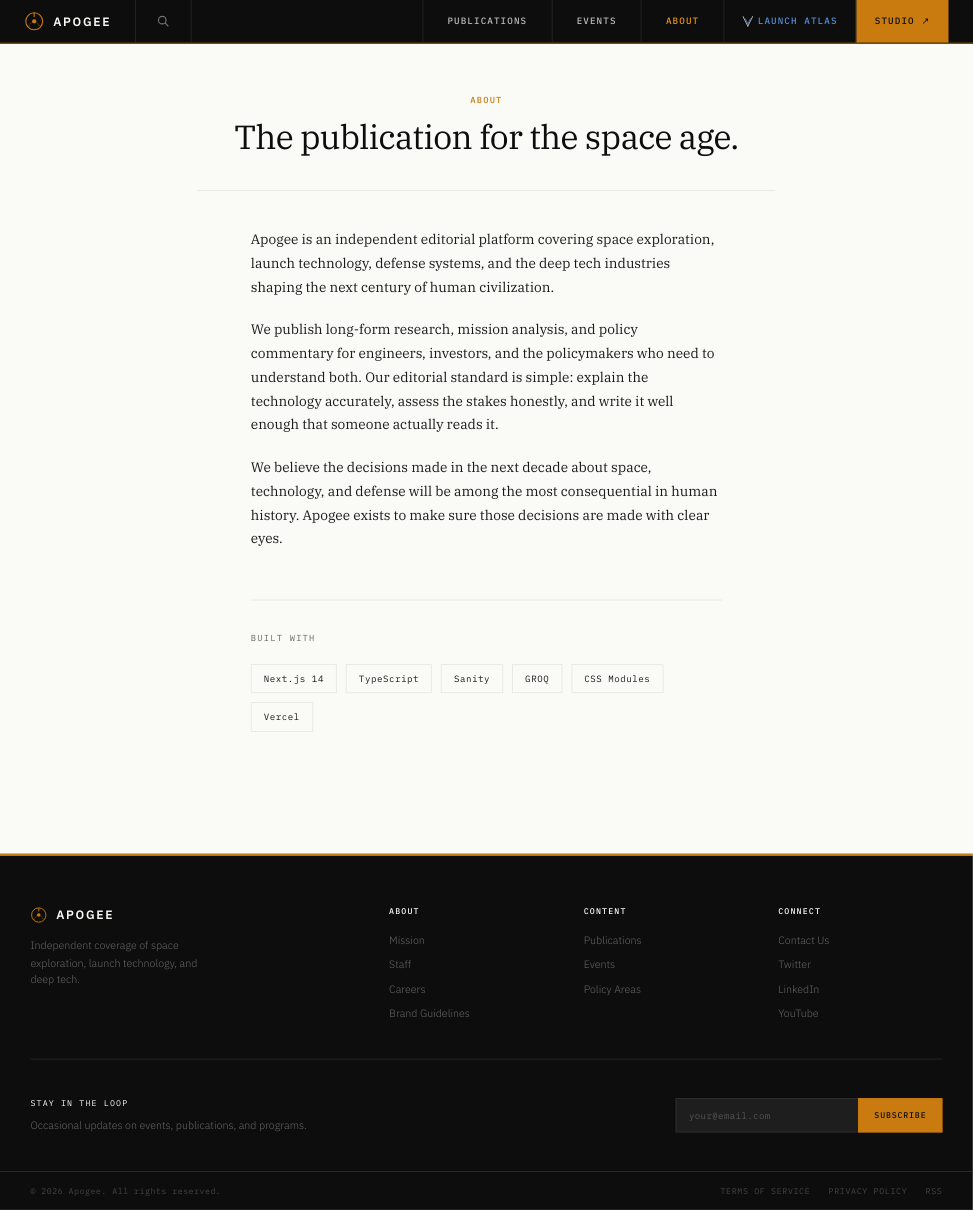
Repository: aricmoore/apogee
Page: /about
An editor plug-in stored every save of this project. The page is shown before and after the next save, followed by the edit.
The browser window is 1280 px wide. The pictures show the whole page, at 76% of full size.
The project was rebuilt for these pictures with package versions that can differ from the ones it lists, and the page was loaded fresh each time. The framework's server and built-in components were replaced by stand-ins that run in the browser. Also part of the build but not shown: next.config.ts.

Above is the page before, as saved 2026-04-13 18:52:10.

### src/app/layout.tsx
import type { Metadata } from 'next'
import '@/app/globals.css'
import Nav from '@/components/Nav'
import Footer from '@/components/Footer'

export const metadata: Metadata = {
  title: 'Apogee',
  description: 'Space & Deep Tech',
}

export default function RootLayout({ children }: { children: React.ReactNode }) {
  return (
    <html lang="en">
      <body>
        <Nav />
        <main>{children}</main>
        <Footer />
      </body>
    </html>
  )
}

### src/app/about/page.tsx
import styles from './page.module.css'

export default function AboutPage() {
  return (
    <div className={styles.page}>
      <div className="container">
        <div className={styles.header}>
          <span className={styles.label}>About</span>
          <h1 className={styles.title}>The publication for the space age.</h1>
        </div>
        <div className={styles.body}>
          <p>Apogee is an independent editorial platform covering space exploration, launch technology, defense systems, and the deep tech industries shaping the next century of human civilization.</p>
          <p>We publish long-form research, mission analysis, and policy commentary for engineers, investors, and the policymakers who need to understand both. Our editorial standard is simple: explain the technology accurately, assess the stakes honestly, and write it well enough that someone actually reads it.</p>
          <p>We believe the decisions made in the next decade about space, technology, and defense will be among the most consequential in human history. Apogee exists to make sure those decisions are made with clear eyes.</p>
        </div>
        <div className={styles.stack}>
          <span className={styles.stackLabel}>Built with</span>
          <div className={styles.stackGrid}>
            {['Next.js 14', 'TypeScript', 'Sanity', 'GROQ', 'CSS Modules', 'Vercel'].map(item => (
              <div key={item} className={styles.stackItem}>{item}</div>
            ))}
          </div>
        </div>
      </div>
    </div>
  )
}

### src/app/globals.css
@import url('https://fonts.googleapis.com/css2?family=Bebas+Neue&family=IBM+Plex+Serif:ital,wght@0,400;0,500;1,400&family=IBM+Plex+Mono:wght@400;500&family=IBM+Plex+Sans:wght@300;400;500;600&display=swap');

:root {
  --amber:       #C97B10;
  --amber-light: #E8960A;
  --amber-dim:   #7A4A05;
  --black:       #0D0D0D;
  --white:       #FAFAF7;
  --stone:       #C8C8C4;
  --ink:         #1A1A1A;
  --muted:       #6A6A66;
  --faint:       #E4E4E0;
  --bg:          #FAFAF7;
  --accent:      #C97B10;

  --font-display: 'Bebas Neue', 'Arial Narrow', sans-serif;
  --font-serif:   'IBM Plex Serif', Georgia, serif;
  --font-mono:    'IBM Plex Mono', 'Courier New', monospace;
  --font-sans:    'IBM Plex Sans', system-ui, sans-serif;

  --text-xs:   0.75rem;
  --text-sm:   0.875rem;
  --text-base: 1rem;
  --text-lg:   1.125rem;
  --text-xl:   1.25rem;
  --text-2xl:  1.5rem;
  --text-3xl:  2rem;
  --text-4xl:  2.75rem;
  --text-5xl:  3.5rem;
  --text-6xl:  5rem;
  --text-7xl:  7rem;

  --space-1:  0.25rem;
  --space-2:  0.5rem;
  --space-3:  0.75rem;
  --space-4:  1rem;
  --space-5:  1.25rem;
  --space-6:  1.5rem;
  --space-8:  2rem;
  --space-10: 2.5rem;
  --space-12: 3rem;
  --space-16: 4rem;
  --space-20: 5rem;
  --space-24: 6rem;

  --max-w:         1280px;
  --leading-tight: 1.0;
  --leading-snug:  1.25;
  --leading-body:  1.72;
  --measure:       66ch;
  --ease:          cubic-bezier(0.16, 1, 0.3, 1);
}

*, *::before, *::after { box-sizing: border-box; margin: 0; padding: 0; }

html { font-size: 16px; -webkit-font-smoothing: antialiased; -moz-osx-font-smoothing: grayscale; }

body {
  background: var(--bg);
  color: var(--ink);
  font-family: var(--font-sans);
  font-size: var(--text-base);
  line-height: var(--leading-body);
  font-weight: 400;
}

a { color: inherit; text-decoration: none; }
img { display: block; max-width: 100%; }
button { cursor: pointer; border: none; background: none; font: inherit; }

.container {
  width: 100%;
  max-width: var(--max-w);
  margin: 0 auto;
  padding: 0 var(--space-10);
}

.label {
  font-family: var(--font-mono);
  font-size: 0.72rem;
  font-weight: 500;
  letter-spacing: 0.12em;
  text-transform: uppercase;
  color: var(--muted);
}

.rule        { border: none; border-top: 1px solid var(--faint); }
.rule--heavy { border-top: 2px solid var(--black); }

### src/components/Footer.tsx
import Link from 'next/link'
import styles from './Footer.module.css'

function ApogeeIcon() {
  return (
    <svg width="22" height="22" viewBox="0 0 28 28" fill="none" xmlns="http://www.w3.org/2000/svg" aria-hidden="true">
      <circle cx="14" cy="14" r="12" stroke="#C97B10" strokeWidth="1.5" fill="none"/>
      <circle cx="14" cy="14" r="3" fill="#C97B10"/>
      <line x1="14" y1="2" x2="14" y2="8" stroke="#C97B10" strokeWidth="1.5"/>
      <path d="M 6 22 Q 14 6 22 22" stroke="#C97B10" strokeWidth="1" fill="none" strokeDasharray="2 2"/>
    </svg>
  )
}

export default function Footer() {
  return (
    <footer className={styles.footer}>
      <div className={styles.top}>
        <div className="container">
          <div className={styles.grid}>
            <div className={styles.brand}>
              <div className={styles.wordmarkWrap}>
                <ApogeeIcon />
                <span className={styles.wordmark}>Apogee</span>
              </div>
              <p className={styles.tagline}>Independent coverage of space exploration, launch technology, and deep tech.</p>
            </div>
            <div className={styles.col}>
              <span className={styles.colLabel}>About</span>
              <Link href="/about" className={styles.colLink}>Mission</Link>
              <Link href="/about" className={styles.colLink}>Staff</Link>
              <Link href="/about" className={styles.colLink}>Careers</Link>
              <Link href="/about" className={styles.colLink}>Brand Guidelines</Link>
            </div>
            <div className={styles.col}>
              <span className={styles.colLabel}>Content</span>
              <Link href="/" className={styles.colLink}>Publications</Link>
              <Link href="/events" className={styles.colLink}>Events</Link>
              <Link href="/" className={styles.colLink}>Policy Areas</Link>
            </div>
            <div className={styles.col}>
              <span className={styles.colLabel}>Connect</span>
              <Link href="/" className={styles.colLink}>Contact Us</Link>
              <Link href="/" className={styles.colLink}>Twitter</Link>
              <Link href="/" className={styles.colLink}>LinkedIn</Link>
              <Link href="/" className={styles.colLink}>YouTube</Link>
            </div>
          </div>

          <div className={styles.subscribe}>
            <span className={styles.subscribeLabel}>Stay in the loop</span>
            <p className={styles.subscribeSub}>Occasional updates on events, publications, and programs.</p>
            <div className={styles.subscribeForm}>
              <input
                type="email"
                placeholder="your@email.com"
                className={styles.input}
                aria-label="Email address"
              />
              <button className={styles.subscribeBtn}>Subscribe</button>
            </div>
          </div>
        </div>
      </div>

      <div className={styles.bottom}>
        <div className="container">
          <div className={styles.bottomInner}>
            <span className={styles.copy}>© 2026 Apogee. All rights reserved.</span>
            <div className={styles.bottomLinks}>
              <Link href="/" className={styles.bottomLink}>Terms of Service</Link>
              <Link href="/" className={styles.bottomLink}>Privacy Policy</Link>
              <Link href="/" className={styles.bottomLink}>RSS</Link>
            </div>
          </div>
        </div>
      </div>
    </footer>
  )
}

### src/app/about/page.module.css
.page {
  padding: var(--space-16) 0 var(--space-24);
}

.header {
  max-width: 760px;
  margin: 0 auto var(--space-12);
  text-align: center;
  padding-bottom: var(--space-12);
  border-bottom: 1px solid var(--faint);
}

.label {
  font-family: var(--font-mono);
  font-size: 0.72rem;
  font-weight: 500;
  letter-spacing: 0.14em;
  text-transform: uppercase;
  color: var(--amber);
  display: block;
  margin-bottom: var(--space-4);
}

.title {
  font-family: var(--font-serif);
  font-size: var(--text-4xl);
  font-weight: 400;
  line-height: var(--leading-tight);
  letter-spacing: -0.02em;
  color: var(--black);
}

.body {
  max-width: 620px;
  margin: 0 auto var(--space-16);
  font-family: var(--font-serif);
  font-size: var(--text-lg);
  line-height: 1.75;
  color: var(--ink);
}

.body p {
  margin-bottom: var(--space-6);
}

.stack {
  max-width: 620px;
  margin: 0 auto;
  padding-top: var(--space-10);
  border-top: 1px solid var(--faint);
}

.stackLabel {
  font-family: var(--font-mono);
  font-size: 0.72rem;
  letter-spacing: 0.14em;
  text-transform: uppercase;
  color: var(--muted);
  display: block;
  margin-bottom: var(--space-6);
}

.stackGrid {
  display: flex;
  flex-wrap: wrap;
  gap: var(--space-3);
}

.stackItem {
  font-family: var(--font-mono);
  font-size: 0.75rem;
  letter-spacing: 0.06em;
  color: var(--ink);
  border: 1px solid var(--faint);
  padding: var(--space-2) var(--space-4);
  transition: border-color 0.15s, color 0.15s;
}

.stackItem:hover {
  border-color: var(--amber);
  color: var(--amber);
}

### src/components/Nav.module.css
.header {
  position: sticky;
  top: 0;
  z-index: 100;
  background: var(--black);
  border-bottom: 2px solid var(--amber-dim);
}

.inner {
  display: flex;
  align-items: stretch;
  justify-content: space-between;
  min-height: 56px;
  max-width: var(--max-w);
  margin: 0 auto;
  padding: 0 var(--space-8);
}

.wordmark {
  display: flex;
  align-items: center;
  gap: var(--space-3);
  padding-right: var(--space-8);
  border-right: 1px solid #2a2a2a;
  transition: opacity 0.15s;
  white-space: nowrap;
  flex-shrink: 0;
}

.wordmark:hover { opacity: 0.8; }

.wordmarkText {
  font-family: var(--font-sans);
  font-size: 1rem;
  font-weight: 600;
  letter-spacing: 0.14em;
  text-transform: uppercase;
  color: var(--white);
  line-height: 1;
}

.searchWrap {
  display: flex;
  align-items: center;
  padding: 0 var(--space-5);
  border-right: 1px solid #2a2a2a;
  flex-shrink: 0;
}

.searchBtn {
  display: flex;
  align-items: center;
  justify-content: center;
  background: none;
  border: none;
  cursor: pointer;
  padding: var(--space-2);
  opacity: 0.6;
  transition: opacity 0.15s;
}

.searchBtn:hover { opacity: 1; }

.searchForm {
  display: flex;
  align-items: center;
  gap: var(--space-2);
}

.searchInput {
  font-family: var(--font-mono);
  font-size: 0.76rem;
  letter-spacing: 0.08em;
  background: #1a1a1a;
  border: 1px solid #333;
  color: var(--white);
  padding: var(--space-2) var(--space-3);
  width: 200px;
  outline: none;
  transition: border-color 0.15s;
}

.searchInput::placeholder { color: #555; }
.searchInput:focus { border-color: var(--amber); }

.searchClose {
  font-family: var(--font-mono);
  font-size: 0.72rem;
  color: #666;
  background: none;
  border: none;
  cursor: pointer;
  padding: var(--space-1);
  transition: color 0.15s;
}

.searchClose:hover { color: var(--white); }

.links {
  display: flex;
  align-items: stretch;
  flex: 1;
  justify-content: flex-end;
}

.link {
  display: flex;
  align-items: center;
  font-family: var(--font-mono);
  font-size: 0.76rem;
  font-weight: 500;
  letter-spacing: 0.12em;
  text-transform: uppercase;
  color: #BBBBBB;
  padding: 0 var(--space-8);
  border-left: 1px solid #2a2a2a;
  transition: color 0.15s;
  white-space: nowrap;
}

.link:hover { color: var(--amber-light); }

.linkActive {
  color: var(--amber-light) !important;
}

.studio {
  display: flex;
  align-items: center;
  font-family: var(--font-mono);
  font-size: 0.76rem;
  font-weight: 500;
  letter-spacing: 0.12em;
  text-transform: uppercase;
  color: var(--black);
  background: var(--amber);
  padding: 0 var(--space-6);
  border-left: 1px solid #2a2a2a;
  transition: background 0.15s;
  white-space: nowrap;
}

.studio:hover { background: var(--amber-light); }

.burger {
  display: none;
  flex-direction: column;
  justify-content: center;
  gap: 5px;
  padding: 0 var(--space-4);
  background: none;
  border: none;
  border-left: 1px solid #2a2a2a;
  cursor: pointer;
  width: 52px;
  flex-shrink: 0;
}

.burgerLine {
  display: block;
  width: 20px;
  height: 1.5px;
  background: #BBBBBB;
  transition: transform 0.2s, opacity 0.2s;
  transform-origin: center;
}

.burgerTop  { transform: translateY(6.5px) rotate(45deg); }
.burgerMid  { opacity: 0; }
.burgerBot  { transform: translateY(-6.5px) rotate(-45deg); }

.overlay {
  position: fixed;
  top: 56px;
  left: 0;
  right: 0;
  bottom: 0;
  background: var(--black);
  z-index: 99;
  display: flex;
  flex-direction: column;
  padding: var(--space-8);
  border-top: 1px solid #1e1e1e;
  overflow-y: auto;
}

.overlayLinks {
  display: flex;
  flex-direction: column;
}

.overlayLink {
  font-family: var(--font-display);
  font-size: 3rem;
  letter-spacing: 0.06em;
  color: var(--white);
  padding: var(--space-5) 0;
  border-bottom: 1px solid #1e1e1e;
  transition: color 0.15s;
}

.overlayLink:hover { color: var(--amber); }

.overlayLinkAtlas {
  display: flex;
  align-items: center;
  gap: 12px;
  font-family: var(--font-display);
  font-size: 3rem;
  letter-spacing: 0.06em;
  color: #60a5fa;
  padding: var(--space-5) 0;
  border-bottom: 1px solid #1e1e1e;
  transition: color 0.15s;
  text-decoration: none;
}
.overlayLinkAtlas:hover { color: #93c5fd; }

/* Launch Atlas desktop nav link — matches .link height and border pattern */
.launchAtlasLink {
  display: flex;
  align-items: center;
  gap: 6px;
  font-family: var(--font-mono);
  font-size: 0.76rem;
  font-weight: 500;
  letter-spacing: 0.12em;
  text-transform: uppercase;
  color: #60a5fa;
  text-decoration: none;
  opacity: 0.85;
  transition: opacity 0.15s;
  white-space: nowrap;
  padding: 0 var(--space-6);
  border-left: 1px solid #2a2a2a;
}
.launchAtlasLink:hover { opacity: 1; }

@media (max-width: 768px) {
  .links { display: none; }
  .burger { display: flex; }
  .inner { padding: 0 var(--space-5); }
  .searchWrap { padding: 0 var(--space-3); }
}

@media (max-width: 400px) {
  .wordmarkText { display: none; }
  .wordmark { padding-right: var(--space-4); }
}

### src/components/Footer.module.css
.footer {
  border-top: 3px solid var(--amber);
  margin-top: var(--space-16);
}

.top {
  background: var(--black);
  padding: var(--space-16) 0 var(--space-12);
}

.grid {
  display: grid;
  grid-template-columns: 2fr 1fr 1fr 1fr;
  gap: var(--space-10);
  margin-bottom: var(--space-12);
  padding-bottom: var(--space-12);
  border-bottom: 1px solid #2a2a2a;
}

.brand {}

.wordmarkWrap {
  display: flex;
  align-items: center;
  gap: var(--space-3);
  margin-bottom: var(--space-4);
}

.wordmark {
  font-family: var(--font-sans);
  font-size: 1rem;
  font-weight: 600;
  letter-spacing: 0.14em;
  text-transform: uppercase;
  color: var(--white);
}

.tagline {
  font-family: var(--font-sans);
  font-size: var(--text-sm);
  font-weight: 300;
  line-height: 1.6;
  color: #666;
  max-width: 28ch;
}

.col {
  display: flex;
  flex-direction: column;
  gap: var(--space-2);
}

.colLabel {
  font-family: var(--font-mono);
  font-size: 0.68rem;
  font-weight: 500;
  letter-spacing: 0.14em;
  text-transform: uppercase;
  color: var(--white);
  margin-bottom: var(--space-2);
}

.colLink {
  font-family: var(--font-sans);
  font-size: var(--text-sm);
  font-weight: 300;
  color: #666;
  transition: color 0.15s;
}

.colLink:hover { color: var(--amber); }

.subscribe {
  display: grid;
  grid-template-columns: 1fr auto;
  grid-template-rows: auto auto;
  gap: var(--space-2) var(--space-8);
  align-items: center;
}

.subscribeLabel {
  font-family: var(--font-mono);
  font-size: 0.68rem;
  letter-spacing: 0.14em;
  text-transform: uppercase;
  color: var(--white);
  grid-column: 1;
}

.subscribeSub {
  font-family: var(--font-sans);
  font-size: var(--text-sm);
  font-weight: 300;
  color: #666;
  grid-column: 1;
}

.subscribeForm {
  display: flex;
  grid-column: 2;
  grid-row: 1 / 3;
  align-self: center;
}

.input {
  font-family: var(--font-mono);
  font-size: 0.75rem;
  letter-spacing: 0.04em;
  background: #1e1e1e;
  border: 1px solid #333;
  border-right: none;
  color: var(--white);
  padding: var(--space-3) var(--space-4);
  width: 240px;
  outline: none;
  transition: border-color 0.15s;
}

.input::placeholder { color: #555; }
.input:focus { border-color: var(--amber); }

.subscribeBtn {
  font-family: var(--font-mono);
  font-size: 0.68rem;
  font-weight: 500;
  letter-spacing: 0.1em;
  text-transform: uppercase;
  color: var(--black);
  background: var(--amber);
  border: 1px solid var(--amber);
  padding: var(--space-3) var(--space-5);
  cursor: pointer;
  transition: background 0.15s;
  white-space: nowrap;
}

.subscribeBtn:hover { background: var(--amber-light); border-color: var(--amber-light); }

.bottom {
  background: var(--black);
  border-top: 1px solid #2a2a2a;
  padding: var(--space-4) 0;
}

.bottomInner {
  display: flex;
  justify-content: space-between;
  align-items: center;
}

.copy {
  font-family: var(--font-mono);
  font-size: 0.68rem;
  letter-spacing: 0.06em;
  color: #444;
}

.bottomLinks {
  display: flex;
  gap: var(--space-6);
}

.bottomLink {
  font-family: var(--font-mono);
  font-size: 0.68rem;
  letter-spacing: 0.08em;
  text-transform: uppercase;
  color: #444;
  transition: color 0.15s;
}

.bottomLink:hover { color: var(--amber); }

@media (max-width: 900px) {
  .grid { grid-template-columns: 1fr 1fr; }
  .subscribe { grid-template-columns: 1fr; }
  .subscribeForm { grid-column: 1; grid-row: auto; }
  .input { width: 100%; }
}

@media (max-width: 500px) {
  .grid { grid-template-columns: 1fr; }
  .bottomInner { flex-direction: column; gap: var(--space-3); align-items: flex-start; }
}

Loaded but not shown: src/components/Nav.tsx (175 lines, source omitted)

After the next save:
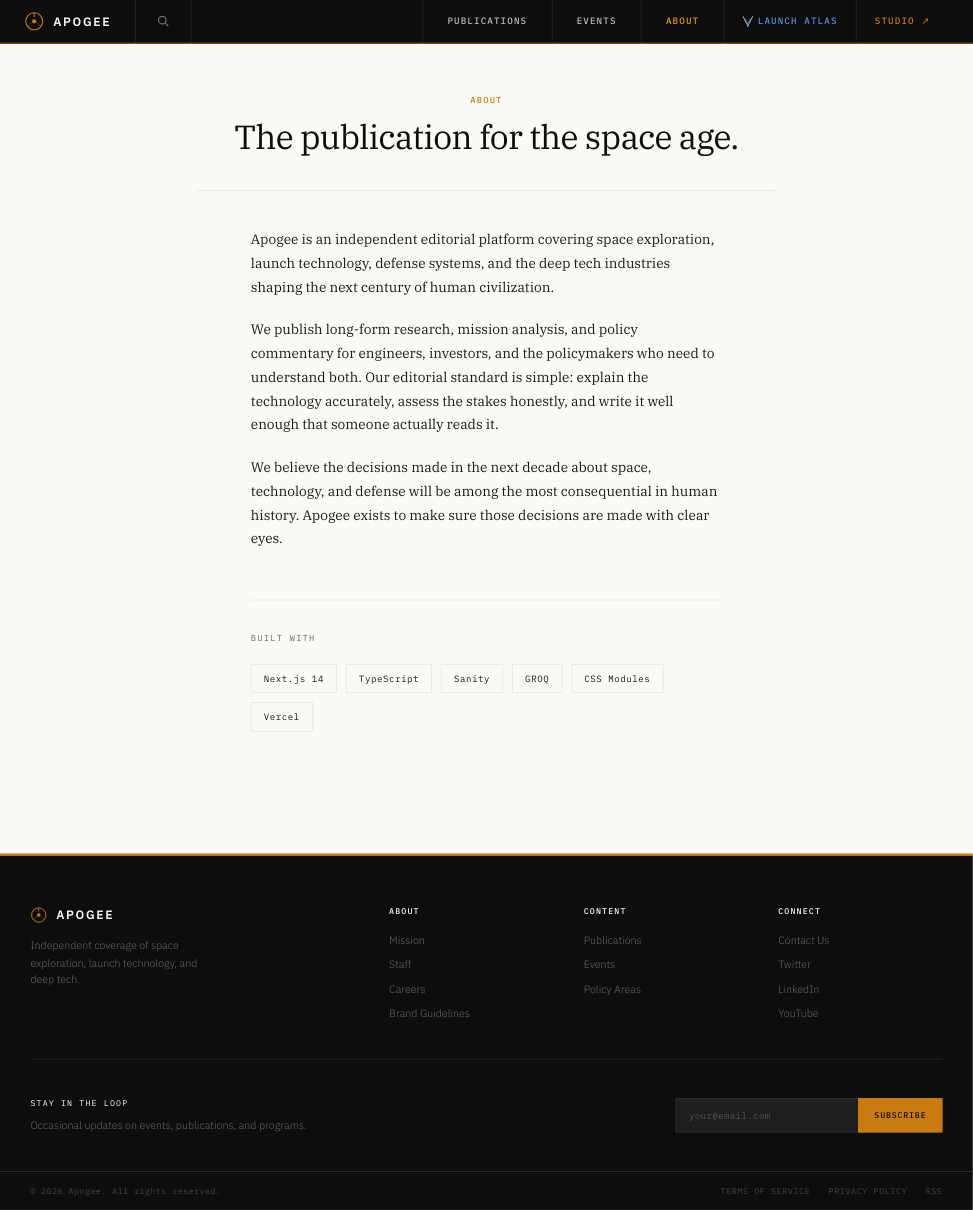
Saved 4 min 5 s later.
--- a/src/components/Nav.module.css
+++ b/src/components/Nav.module.css
@@ -132,15 +132,14 @@
   font-weight: 500;
   letter-spacing: 0.12em;
   text-transform: uppercase;
-  color: var(--black);
-  background: var(--amber);
+  color: var(--amber);
+  background: transparent;
   padding: 0 var(--space-6);
   border-left: 1px solid #2a2a2a;
-  transition: background 0.15s;
-  white-space: nowrap;
-}
-
-.studio:hover { background: var(--amber-light); }
+  transition: color 0.15s;
+  white-space: nowrap;
+}
+.studio:hover { color: var(--amber-light); }
 
 .burger {
   display: none;
@@ -216,6 +215,12 @@
 }
 .overlayLinkAtlas:hover { color: #93c5fd; }
 
+/* Scale the SVG icon inside the overlay link to match the 3rem text */
+.overlayLinkAtlas svg {
+  width: 2rem;
+  height: 2.4rem;
+}
+
 /* Launch Atlas desktop nav link — matches .link height and border pattern */
 .launchAtlasLink {
   display: flex;

After the 2 saves that followed:
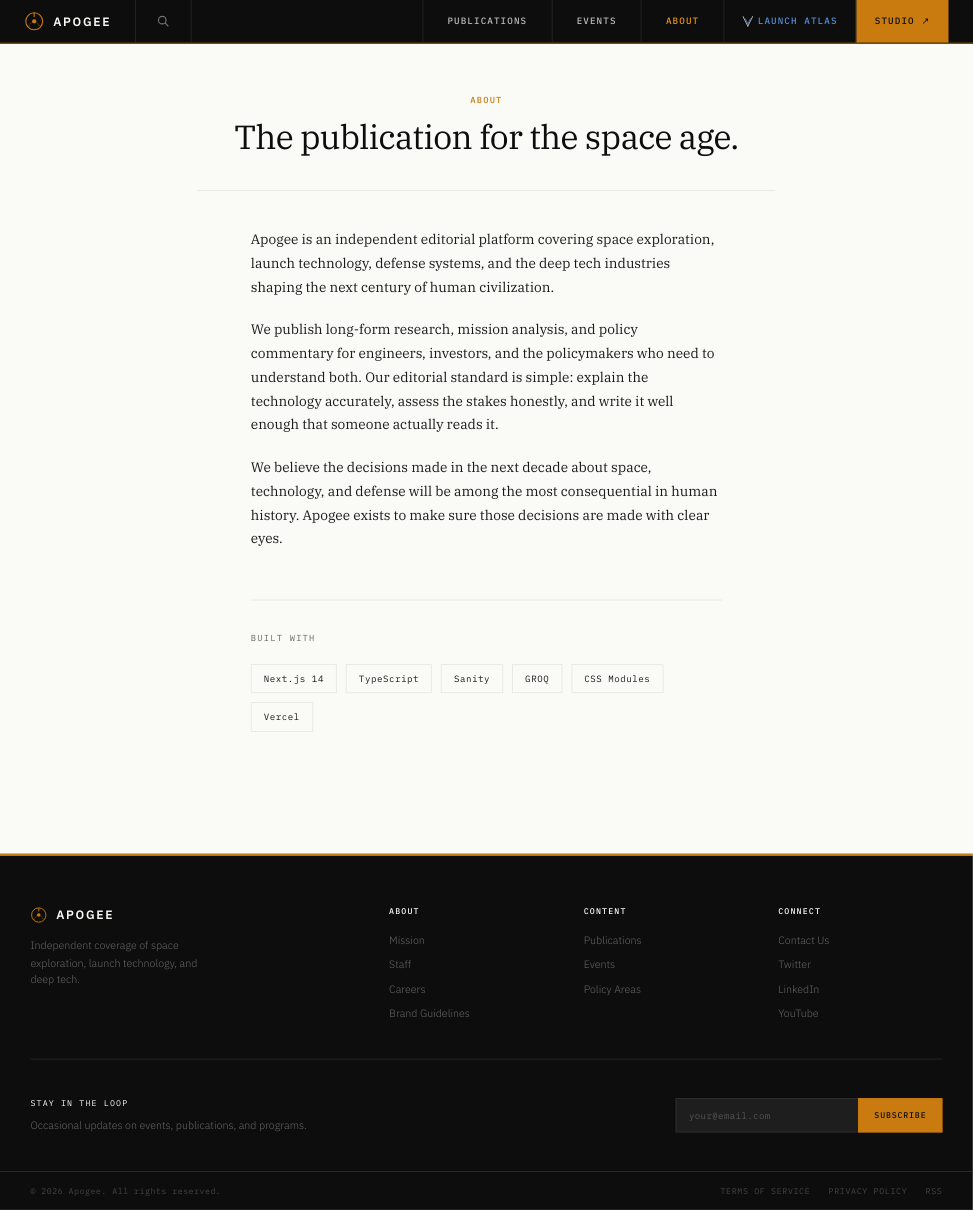
The 2 saves are shown as one change because 1 left the picture as it was.
The last was saved 90 s later.
--- a/src/components/Nav.module.css
+++ b/src/components/Nav.module.css
@@ -132,14 +132,15 @@
   font-weight: 500;
   letter-spacing: 0.12em;
   text-transform: uppercase;
-  color: var(--amber);
-  background: transparent;
+  color: var(--black);
+  background: var(--amber);
   padding: 0 var(--space-6);
   border-left: 1px solid #2a2a2a;
-  transition: color 0.15s;
-  white-space: nowrap;
-}
-.studio:hover { color: var(--amber-light); }
+  transition: background 0.15s;
+  white-space: nowrap;
+}
+
+.studio:hover { background: var(--amber-light); }
 
 .burger {
   display: none;
